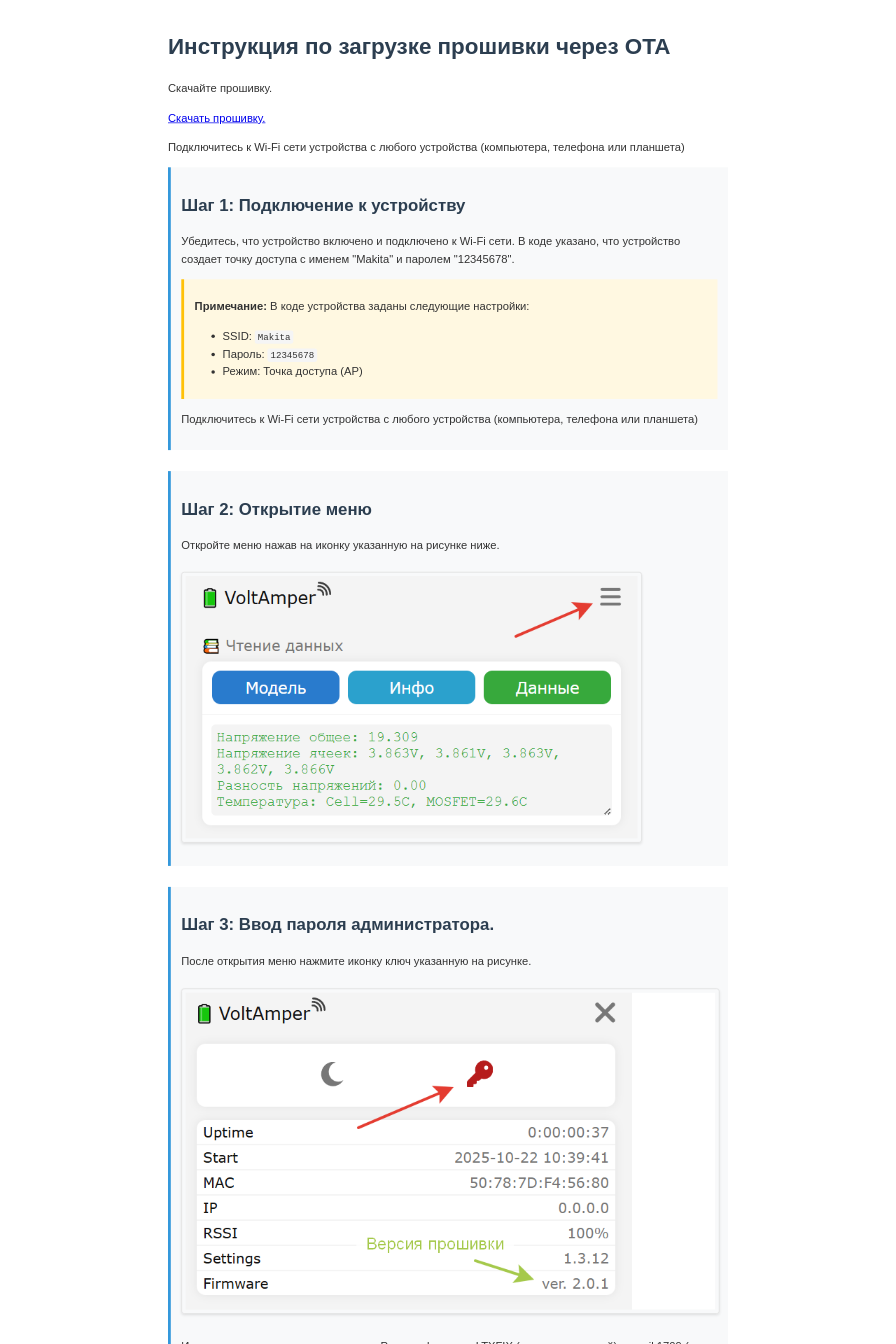
Repository: NikElectronics/ELIXStoFIX
Page: firmware.html
The author's editor kept a copy of each file at every save. The page is drawn from the files as they stood at one save, then again after the next save.
The browser window is 1280 px wide. The pictures show the part of the page from y = 0 to 1920 px (the page is 5308 px tall before and 5266 px after), at 70% of full size.

Above is the page before, as saved 2025-10-22 10:45:26.

### firmware.html
<!DOCTYPE html>
<html lang="ru">

<head>
    <meta charset="UTF-8">
    <meta name="viewport" content="width=device-width, initial-scale=1.0">
    <title>Инструкция по OTA-обновлению</title>
    <style>
        body {
            font-family: Arial, sans-serif;
            line-height: 1.6;
            max-width: 800px;
            margin: 0 auto;
            padding: 20px;
            color: #333;
        }

        h1,
        h2,
        h3 {
            color: #2c3e50;
        }

        .step {
            margin-bottom: 30px;
            padding: 15px;
            border-left: 4px solid #3498db;
            background-color: #f8f9fa;
        }

        .screenshot {
            max-width: 100%;
            border: 1px solid #ddd;
            border-radius: 4px;
            padding: 5px;
            margin: 10px 0;
            box-shadow: 0 2px 4px rgba(0, 0, 0, 0.1);
        }

        .note {
            background-color: #fff8e1;
            border-left: 4px solid #ffc107;
            padding: 10px 15px;
            margin: 15px 0;
        }

        .warning {
            background-color: #ffebee;
            border-left: 4px solid #f44336;
            padding: 10px 15px;
            margin: 15px 0;
        }

        code {
            background-color: #f5f5f5;
            padding: 2px 4px;
            border-radius: 3px;
            font-family: monospace;
        }
    </style>
</head>

<body>

    <h1>Инструкция по загрузке прошивки через OTA</h1>
    <p>Скачайте прошивку.</p>
    <a href="files/lxtfix_V201.bin" download>Скачать прошивку.</a>
    <p>Подключитесь к Wi-Fi сети устройства с любого устройства (компьютера, телефона или планшета)</p>
    <div class="step">
        <h2>Шаг 1: Подключение к устройству</h2>
        <p>Убедитесь, что устройство включено и подключено к Wi-Fi сети. В коде указано, что устройство создает точку
            доступа с именем "Makita" и паролем "12345678".</p>
        <div class="note">
            <p><strong>Примечание:</strong> В коде устройства заданы следующие настройки:</p>
            <ul>
                <li>SSID: <code>Makita</code></li>
                <li>Пароль: <code>12345678</code></li>
                <li>Режим: Точка доступа (AP)</li>
            </ul>
        </div>
        <p>Подключитесь к Wi-Fi сети устройства с любого устройства (компьютера, телефона или планшета)</p>
    </div>

    <div class="step">
        <h2>Шаг 2: Открытие меню</h2>
        <p>Откройте меню нажав на иконку указанную на рисунке ниже. </p>
        <img src="images/menu.png" alt="Главная страница веб-интерфейса" class="screenshot">
    </div>

    <div class="step">
        <h2>Шаг 3: Ввод пароля администратора.</h2>
        <p>После открытия меню нажмите иконку ключ указанную на рисунке.</p>
        <img src="images/menu_open.png" alt="Главная страница веб-интерфейса" class="screenshot">
        <p>И введите в поле, открывшегося окна Password, пароль LTXFIX (для новых версий) или nik1709 (для старых
            версий)</p>
        <img src="images/password.png" alt="Главная страница веб-интерфейса" class="screenshot">
    </div>

    <div class="step">
        <h2>Шаг 4: Выбор прошивки</h2>
        <p>После ввода правильного пароля иконка ключа станет зеленым и появится иконка ОТА (облако)".</p>
        <p>Нажав на иконку OTA откроется прводник файлов вашего устройства. Найдите и выберите заранее скачанную
            прошивку.</p>
        <img src="images/pass_good.png" alt="Раздел программатора" class="screenshot">
        <div class="note">
            <p><strong>Примечание:</strong> Убедитесь, что файл прошивки имеет правильный формат (обычно .bin) и
                совместим с вашим устройством.</p>
        </div>
    </div>

    <div class="step">
        <h2>Шаг 5: Загрузка новой прошивки</h2>
        <p>После выбора файла прошивки нажмите кнопку ОК для начала загрузки. </p>
        <img src="images/firmware.png" alt="Интерфейс загрузки прошивки" class="screenshot">

    </div>

    <div class="step">
        <h2>Шаг 6: Процесс обновления</h2>
        <p>При обновлении прошивки иконка облако станет зеленым. Не прерывайте процесс обновления и не отключайте
            питание устройства до появления сообщения "OTA завершено" в нижней части экрана.</p>
        <img src="images/green.png" alt="Процесс обновления прошивки" class="screenshot">
        <div class="warning">
            <p><strong>Внимание:</strong> Прерывание процесса обновления может привести к повреждению прошивки и
                необходимости физического перепрограммирования устройства!</p>
        </div>
    </div>

    <div class="step">
        <h2>Шаг 7: Завершение обновления</h2>
        <p>После успешной загрузки прошивки устройство обычно перезагружается автоматически. Если этого не произошло, вы
            можете перезагрузить устройство вручную с помощью кнопки "Перезагрузить" в веб-интерфейсе или выключив и включив питание.</p>
    </div>

    <div class="step">
        <h2>Шаг 8: Проверка новой версии</h2>
        <p>После перезагрузки снова откройте меню и проверьте, что версия прошивки изменилась на новую.</p>
        <img src="images/control.png" alt="Процесс обновления прошивки" class="screenshot">
    </div>

    <div class="note">
        <h3>Дополнительная информация</h3>
        <p>В коде устройства реализована система лицензирования через серийный номер. Если после обновления возникают
            проблемы с лицензией, проверьте правильность введенного ключа в разделе программатора. Обратитесь в техподдержку.</p>
    </div>

    <div class="warning">
        <h3>Важные предупреждения</h3>
        <ul>
            <li>Под паролем администратора не совершайте иных действий кроме указанных в данной инструкции.</li>
            <li>Убедитесь, что источник прошивки надежный и файл не поврежден</li>
            <li>Не прерывайте процесс обновления</li>
            <li>Убедитесь, что устройство имеет стабильное питание во время обновления</li>
        </ul>
    </div>
</body>

</html>

After the next save:
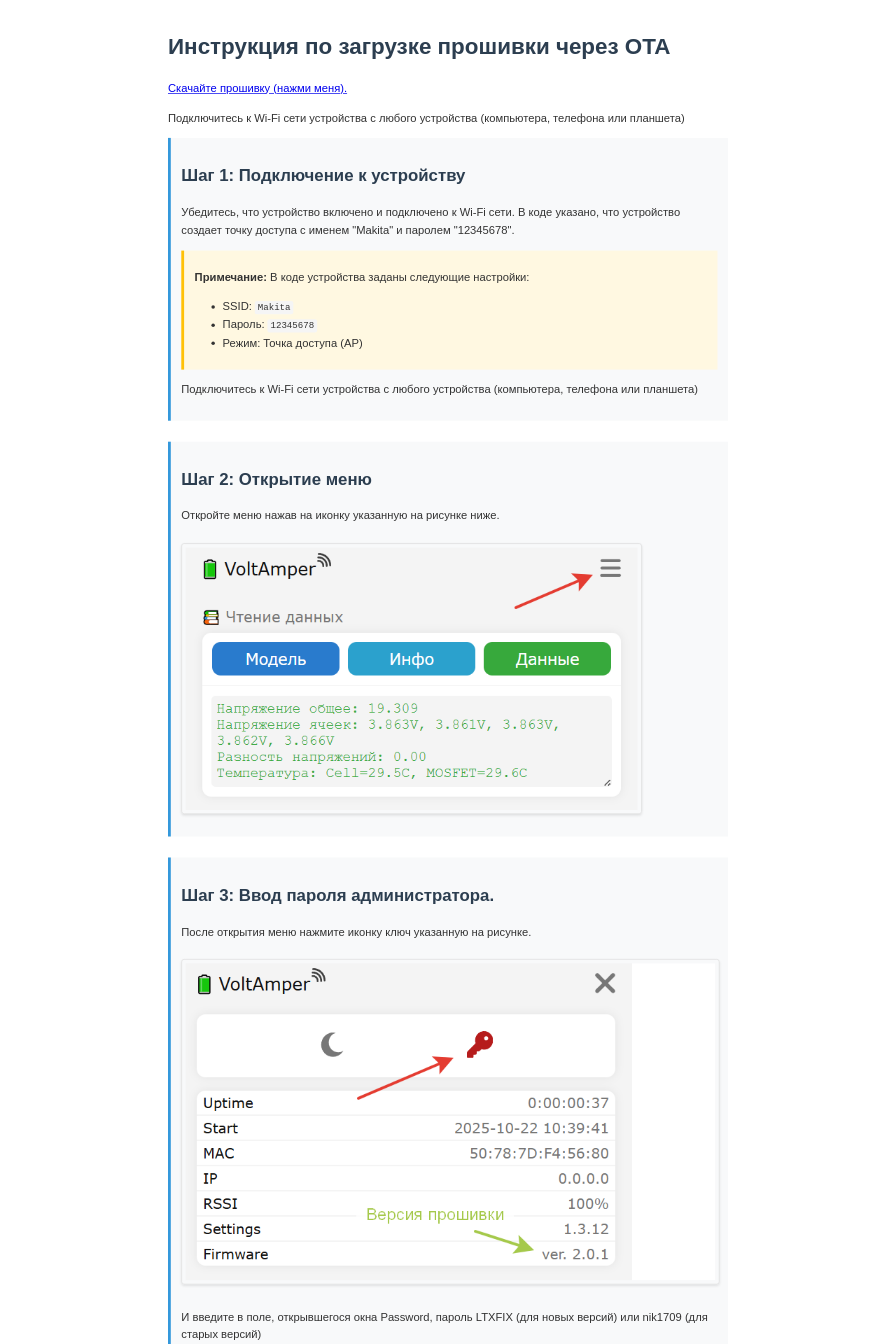
Saved 43 s later.
--- a/firmware.html
+++ b/firmware.html
@@ -63,8 +63,7 @@
 <body>
 
     <h1>Инструкция по загрузке прошивки через OTA</h1>
-    <p>Скачайте прошивку.</p>
-    <a href="files/lxtfix_V201.bin" download>Скачать прошивку.</a>
+    <a href="files/lxtfix_V201.bin" download>Скачайте прошивку (нажми меня).</a>
     <p>Подключитесь к Wi-Fi сети устройства с любого устройства (компьютера, телефона или планшета)</p>
     <div class="step">
         <h2>Шаг 1: Подключение к устройству</h2>
